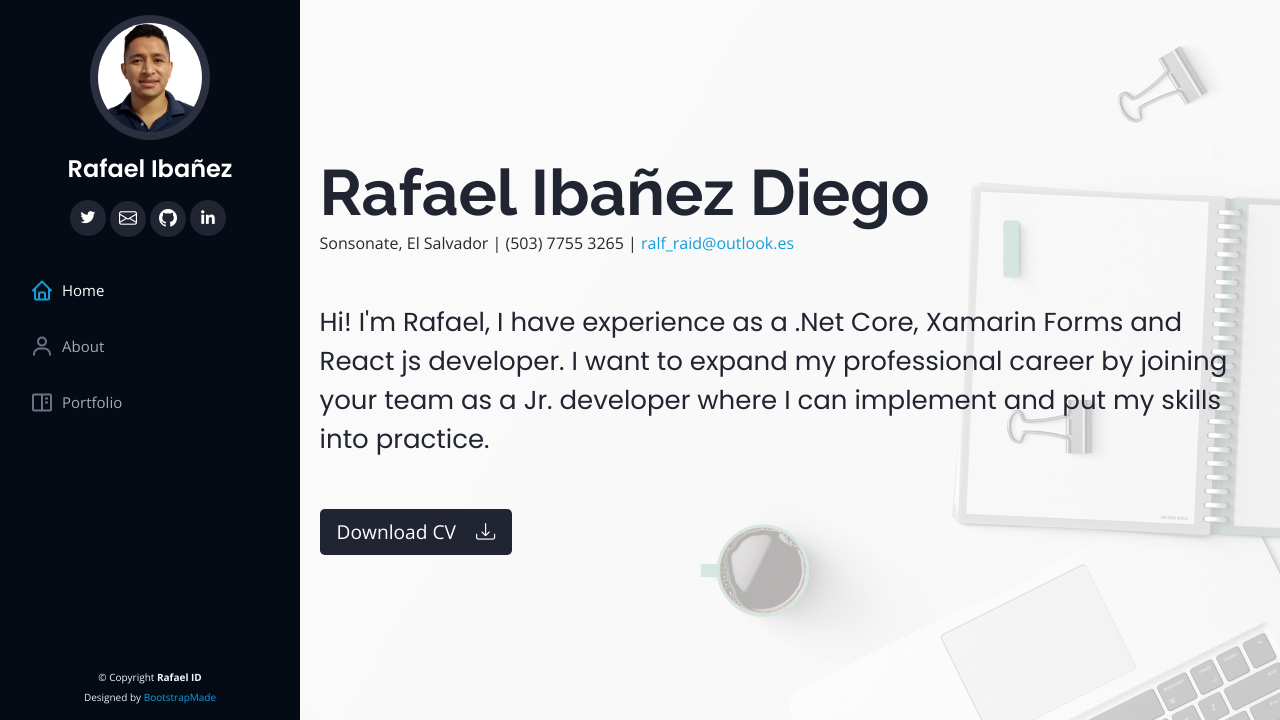
Repository: ralfId/myportfolio
Page: /
The author's editor kept a copy of each file at every save. The page is drawn from the files as they stood at one save, then again after the next save.
The browser window is 1280 px wide. The pictures show the whole page.
The project was rebuilt for these pictures with package versions that can differ from the ones it lists, and the page was loaded fresh each time. Also part of the build but not shown: src/data/projects.js, src/components/Projects/ProjectItem.js, src/components/Projects/ProjectIndex.js, src/helpers/ProjectById.js, src/components/Projects/ProjectDetail.js, src/components/Resume.js, src/components/About.js.

Above is the page before, as saved 2021-09-21 15:25:02.

### public/index.html
<!DOCTYPE html>
<html lang="en">

<head>
  <meta charset="utf-8" />
  <link rel="icon" href="%PUBLIC_URL%/favicon.ico" />
  <meta name="viewport" content="width=device-width, initial-scale=1" />
  <meta name="theme-color" content="#000000" />
  <meta name="description" content="Web site created using create-react-app" />
  <link rel="apple-touch-icon" href="%PUBLIC_URL%/logo192.png" />
  <link rel="manifest" href="%PUBLIC_URL%/manifest.json" />

  <!-- Google Fonts -->
  <link
    href="https://fonts.googleapis.com/css?family=Open+Sans:300,300i,400,400i,600,600i,700,700i|Raleway:300,300i,400,400i,500,500i,600,600i,700,700i|Poppins:300,300i,400,400i,500,500i,600,600i,700,700i"
    rel="stylesheet">

  <!-- Vendor CSS Files -->
  <link href="./vendor/aos/aos.css" rel="stylesheet">
  <link href="./vendor/bootstrap/css/bootstrap.min.css" rel="stylesheet">
  <link href="./vendor/bootstrap-icons/bootstrap-icons.css" rel="stylesheet">
  <link href="./vendor/boxicons/css/boxicons.min.css" rel="stylesheet">
  <link href="./vendor/glightbox/css/glightbox.min.css" rel="stylesheet">
  <link href="./vendor/swiper/swiper-bundle.min.css" rel="stylesheet">

  <!-- Template Main CSS File -->
  <link href="./css/style.css" rel="stylesheet">
  <title>RalfId</title>

  <!-- =======================================================
  * Template Name: iPortfolio - v3.3.0
  * Template URL: https://bootstrapmade.com/iportfolio-bootstrap-portfolio-websites-template/
  * Author: BootstrapMade.com
  * License: https://bootstrapmade.com/license/
  ======================================================== -->
</head>

<body>
  <noscript>You need to enable JavaScript to run this app.</noscript>
  <div id="root"></div>
  <!--
      This HTML file is a template.
      If you open it directly in the browser, you will see an empty page.

      You can add webfonts, meta tags, or analytics to this file.
      The build step will place the bundled scripts into the <body> tag.

      To begin the development, run `npm start` or `yarn start`.
      To create a production bundle, use `npm run build` or `yarn build`.
    -->
 <!-- Vendor JS Files -->
 <script src="./vendor/aos/aos.js" type="text/javascript"></script>
 <script src="./vendor/bootstrap/js/bootstrap.bundle.min.js" type="text/javascript"></script>
 <script src="./vendor/glightbox/js/glightbox.min.js" type="text/javascript"></script>
 <script src="./vendor/isotope-layout/isotope.pkgd.min.js" type="text/javascript"></script>
 <script src="./vendor/php-email-form/validate.js" type="text/javascript"></script>
 <script src="./vendor/purecounter/purecounter.js" type="text/javascript"></script>
 <script src="./vendor/swiper/swiper-bundle.min.js" type="text/javascript"></script>
 <script src="./vendor/typed.js/typed.min.js" type="text/javascript"></script>
 <script src="./vendor/waypoints/noframework.waypoints.js" type="text/javascript"></script>

 <!-- Template Main JS File -->
 <script src="./js/main.js" type="text/javascript"></script>

</body>

</html>

### src/components/Footer.js
import React from 'react';

export const Footer = ()=>{
    return(

      <footer id="footer" className="fixed-bottom">
      <div className="container">
        <div className="copyright"  style={{'fontSize':'10px'}}>
          &copy; Copyright <strong><span>Rafael ID</span></strong>
        </div>
        <div className="credits"  style={{'fontSize':'10px'}}> Designed by <a href="https://bootstrapmade.com/">BootstrapMade</a>
        </div>
      </div>
    </footer>
    )
}

Loaded but not shown: src/index.js (common file); public/vendor/aos/aos.css (library); public/vendor/bootstrap/css/bootstrap.min.css (library); public/vendor/bootstrap-icons/bootstrap-icons.css (library); public/vendor/boxicons/css/boxicons.min.css (library); public/vendor/glightbox/css/glightbox.min.css (library); public/vendor/swiper/swiper-bundle.min.css (library); public/vendor/aos/aos.js (library); public/vendor/bootstrap/js/bootstrap.bundle.min.js (library); public/vendor/glightbox/js/glightbox.min.js (library); public/vendor/isotope-layout/isotope.pkgd.min.js (library); public/vendor/php-email-form/validate.js (common file); public/vendor/purecounter/purecounter.js (library); public/vendor/swiper/swiper-bundle.min.js (library); public/vendor/typed.js/typed.min.js (library); public/vendor/waypoints/noframework.waypoints.js (library); src/components/Nav.js (51 lines, source omitted); public/js/main.js (78 lines, source omitted); src/components/Home.js (26 lines, source omitted); src/routers/AppRouter.js (33 lines, source omitted); src/Portfolio.js (10 lines, source omitted); public/css/style.css (1159 lines, source omitted)

After the next save:
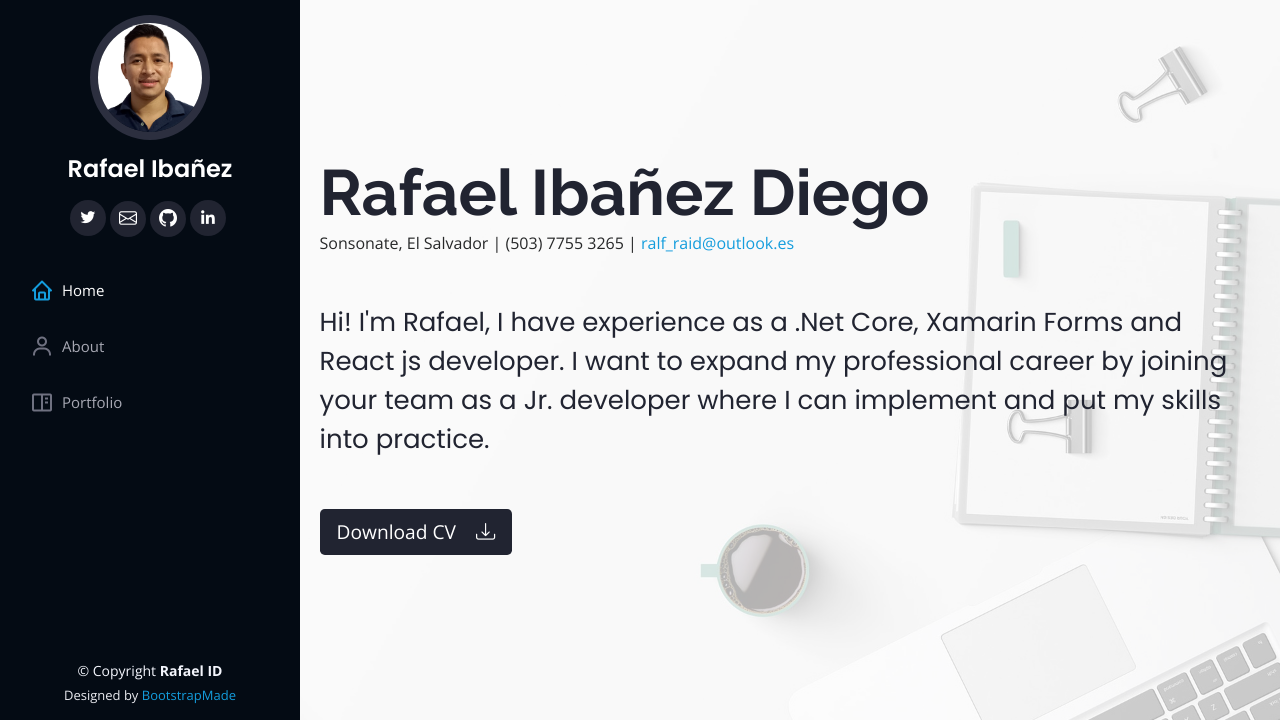
Saved 15 s later.
--- a/src/components/Footer.js
+++ b/src/components/Footer.js
@@ -5,10 +5,10 @@ export const Footer = ()=>{
 
       <footer id="footer" className="fixed-bottom">
       <div className="container">
-        <div className="copyright"  style={{'fontSize':'10px'}}>
+        <div className="copyright" >
           &copy; Copyright <strong><span>Rafael ID</span></strong>
         </div>
-        <div className="credits"  style={{'fontSize':'10px'}}> Designed by <a href="https://bootstrapmade.com/">BootstrapMade</a>
+        <div className="credits"> Designed by <a href="https://bootstrapmade.com/">BootstrapMade</a>
         </div>
       </div>
     </footer>
